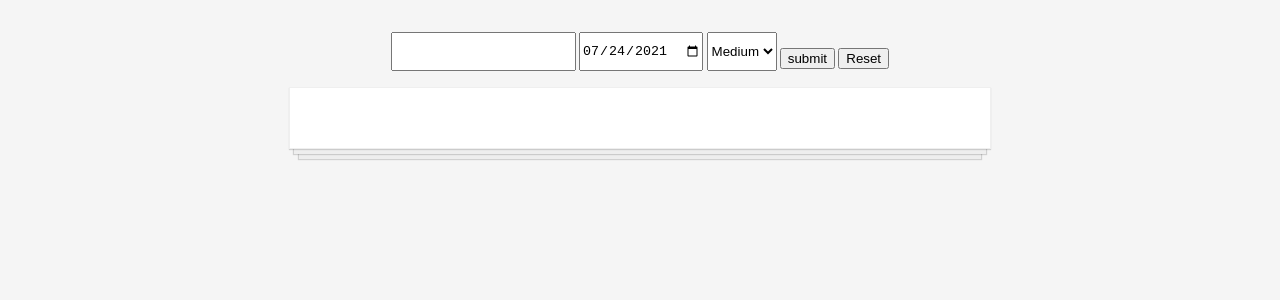
Repository: 0101chaitanya/react-todo
Page: /
An editor plug-in stored every save of this project. The page is shown before and after the next save, followed by the edit.
The browser window is 1280 px wide. The pictures show the whole page.
The project was rebuilt for these pictures with package versions that can differ from the ones it lists, and the page was loaded fresh each time. Also part of the build but not shown: src/components/TodoItem.js.

Above is the page before, as saved 2021-07-24 16:35:10.

After the next save:
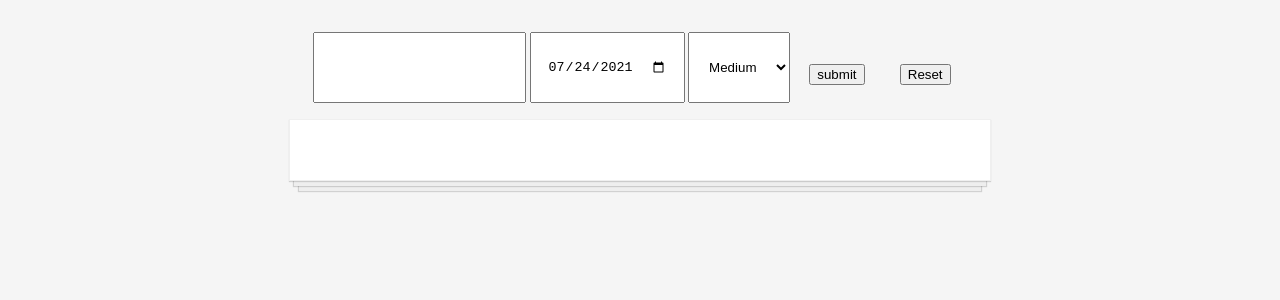
Saved 51 s later.
--- a/src/App.css
+++ b/src/App.css
@@ -51,3 +51,6 @@ input[type="checkbox"]:focus {
   grid-auto-flow: column;
   grid-gap: 0.2rem;
 }
+.input-form > * {
+  padding: 1rem;
+}

After the save that followed:
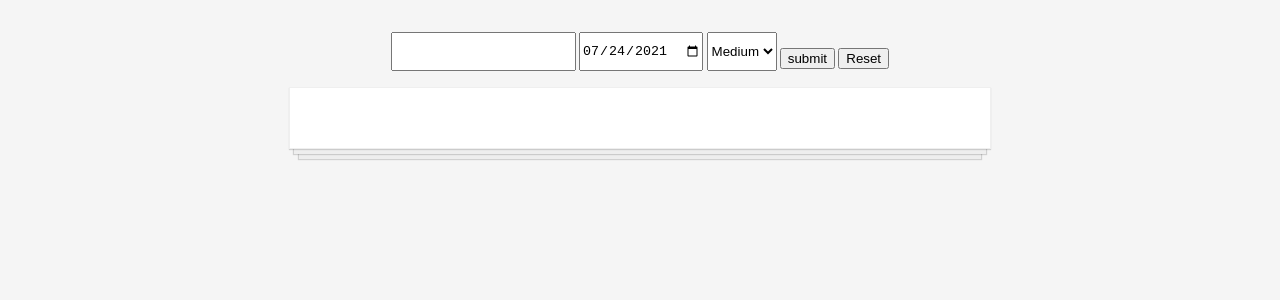
Saved 14 s later.
--- a/src/App.css
+++ b/src/App.css
@@ -51,6 +51,3 @@ input[type="checkbox"]:focus {
   grid-auto-flow: column;
   grid-gap: 0.2rem;
 }
-.input-form > * {
-  padding: 1rem;
-}
